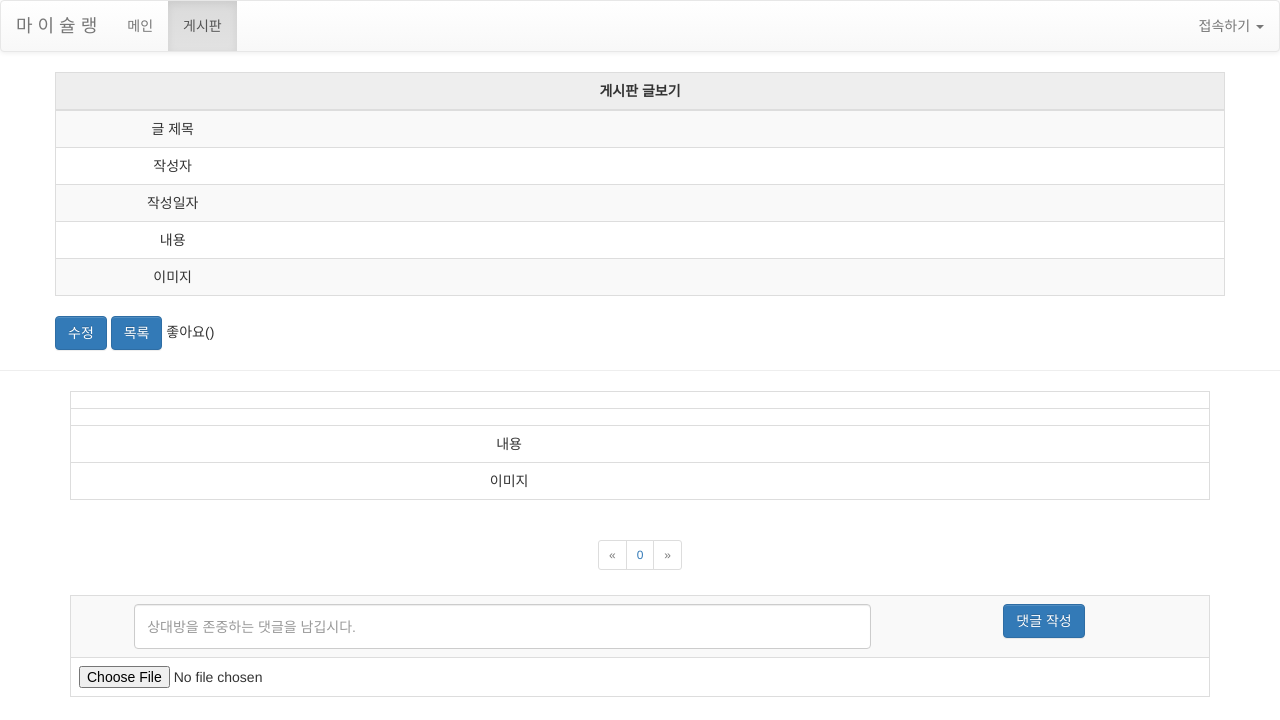
Repository: serendipity63/mychelin
Page: http://localhost/board/WEB-INF/views/detailform.jsp
These files come from the project's save history. The page is drawn as it stood at one moment and after the next save; the edit follows.
The browser window is 1280 px wide. The pictures show the whole page.
Some web libraries are served in a nearby version. The page is served by Tomcat 9. Nobody is signed in. The template is opened directly, without the code that normally fills it, so the values that code supplies are empty.

Above is the page before, as saved 2024-01-12 02:40:46.
Console error (its wording comes from the project's code and is left out).

After the next save:
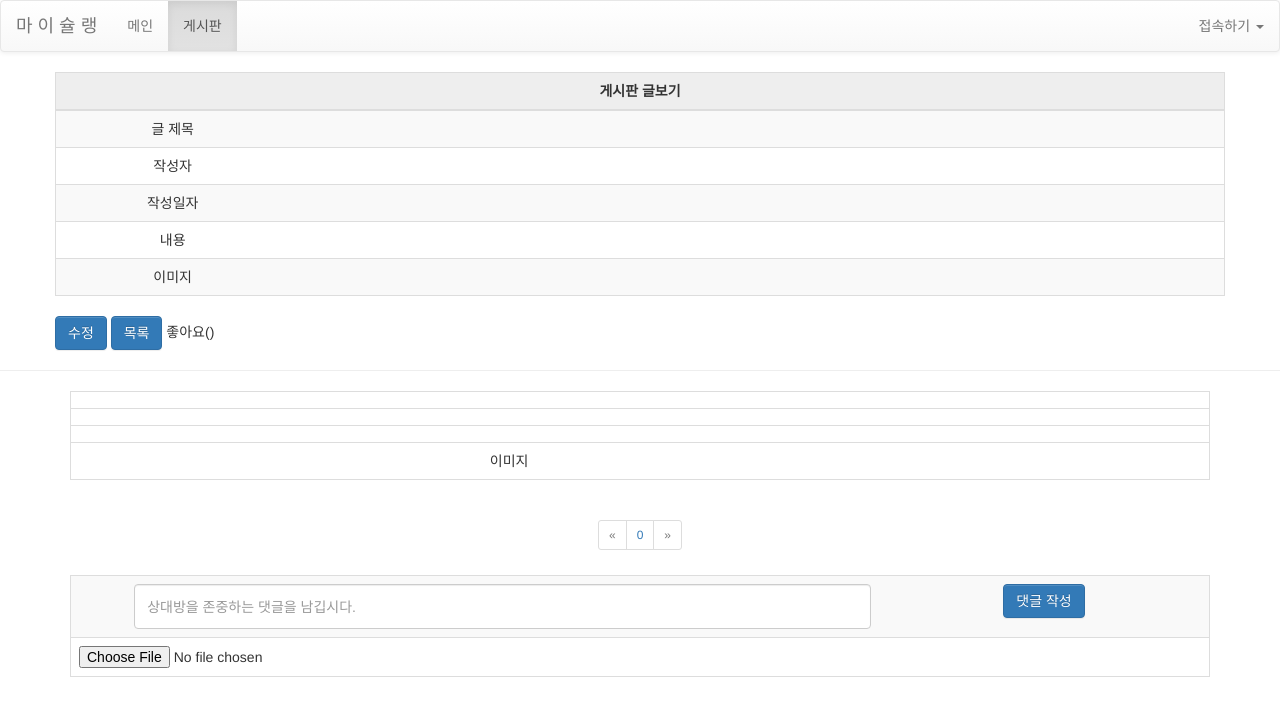
Saved 20 s later.
--- a/board/src/main/webapp/WEB-INF/views/detailform.jsp
+++ b/board/src/main/webapp/WEB-INF/views/detailform.jsp
@@ -206,7 +206,6 @@
 						<td colspan="2" style="text-align: left;">${board.writedate }</td>
 					</tr>
 					<tr>
-						<td>내용</td>
 						<td colspan="2" style="min-height: 200px; text-align: left;">${board.content }
 						</td>
 					</tr>
